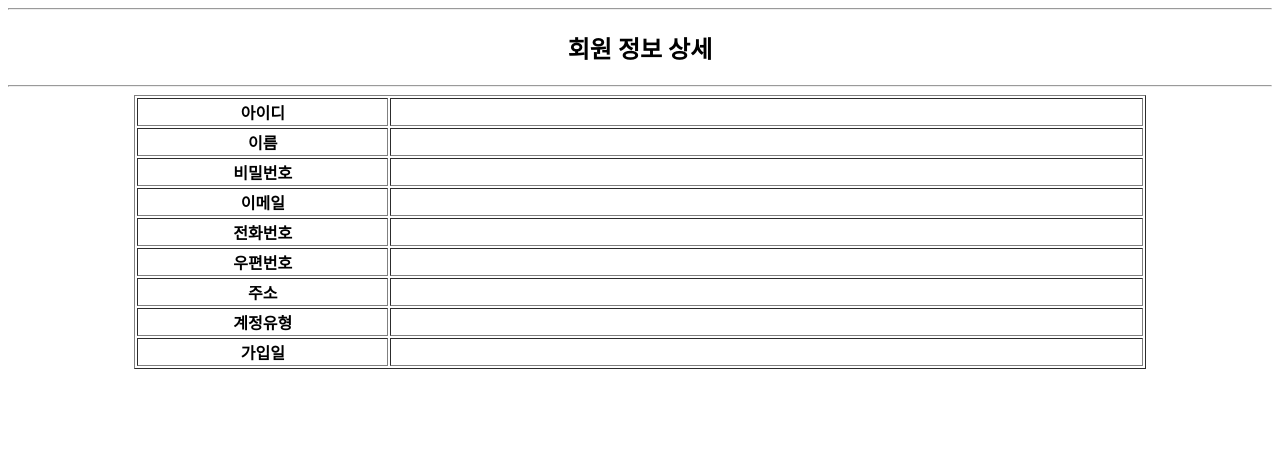
Repository: sunnny10/web-workspace
Page: http://localhost/Mission-Web/jsp/member/memberDetail.jsp
An editor plug-in stored every save of this project. The page is shown before and after the next save, followed by the edit.
The browser window is 1280 px wide. The pictures show the whole page.
The page is served by Tomcat 9. Queries for data that is not in the repository find no rows.

Above is the page before, as saved 2022-06-09 06:19:53.

After the next save:
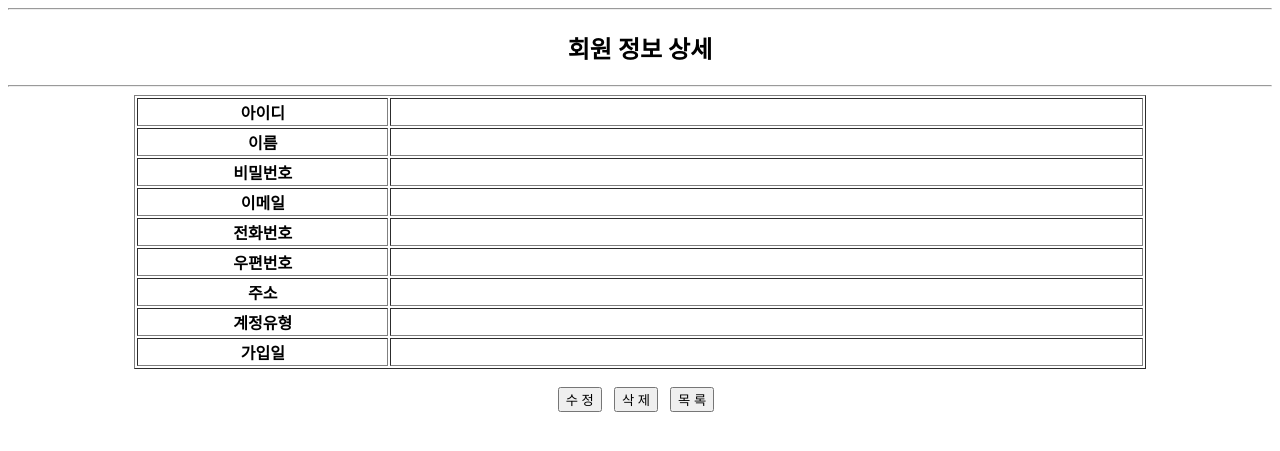
Saved 35 s later.
--- a/Mission-Web/src/main/webapp/jsp/member/memberDetail.jsp
+++ b/Mission-Web/src/main/webapp/jsp/member/memberDetail.jsp
@@ -17,6 +17,23 @@
 <head>
 <meta charset="UTF-8">
 <title>Insert title here</title>
+<script>
+	function doAction(type){
+		switch(type) {
+		case 'U' :
+			location.href = "update.jsp?no=${param.no}";
+			break;
+		case 'D' :
+			if(confirm('삭제하시겠습니까?')) {
+				location.href = "delete.jsp?no=${ param.no }"
+			};
+			break;
+		case 'L' :
+			location.href = "memberList.jsp";
+			break;
+		}
+	}
+</script>
 </head>
 <body>
 	<div align="center">
@@ -61,6 +78,10 @@
 				<td>${ member.regDate }</td>
 			</tr>
 		</table>
+		<br>
+		<button onclick="doAction('U')">수   정</button>&nbsp;&nbsp;
+		<button onclick="doAction('D')">삭   제</button>&nbsp;&nbsp;
+		<button onclick="doAction('L')">목   록</button>&nbsp;&nbsp;
 	</div>
 </body>
 </html>
